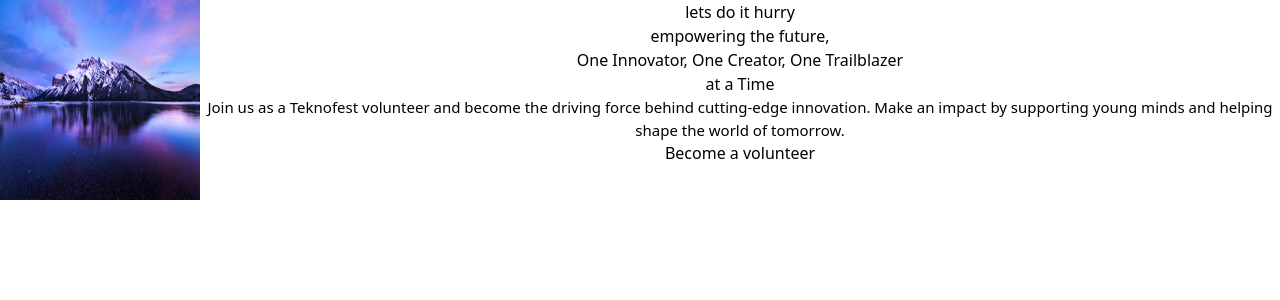
Repository: ManaheelJamil/TechnoFest-competetion
Page: /
The author's editor kept a copy of each file at every save. The page is drawn from the files as they stood at one save, then again after the next save.
The browser window is 1280 px wide. The pictures show the whole page.
The project was rebuilt for these pictures with package versions that can differ from the ones it lists, and the page was loaded fresh each time. The framework's server and built-in components were replaced by stand-ins that run in the browser. Also part of the build but not shown: next.config.mjs.

Above is the page before, as saved 2024-10-13 12:28:59.

### app/layout.js
import localFont from "next/font/local";
import "./globals.css";
const geistSans = localFont({
  src: "./fonts/GeistVF.woff",
  variable: "--font-geist-sans",
  weight: "100 900",
});
const geistMono = localFont({
  src: "./fonts/GeistMonoVF.woff",
  variable: "--font-geist-mono",
  weight: "100 900",
});

export const metadata = {
  title: "Create Next App",
  description: "Generated by create next app",
};

export default function RootLayout({ children }) {
  return (
    <html lang="en">
      <body
        className={`${geistSans.variable} ${geistMono.variable} antialiased`}
      >

        {children}

      </body>
    </html>
  );
}

### app/page.js
import Irtizatask from "./compoenent/irtizatask";
export default function Home() {
  return (
    <div>
      <Irtizatask/>
    </div>
  );
}

### app/compoenent/irtizatask.js
import React from 'react'

const Irtizatask = () => {
  return (
    <div className='flex justify-center  w-full h-100vh ' >
        <img className='h-[200px] w-[200px]' src='./taskimage.jpg' />
        <div className='flex flex-col justify-items-center   text-center'  >
        <p className=''>
            lets do it hurry
        </p>
        <p>
            empowering the future,
            <p>
            One Innovator, One Creator, One Trailblazer
            </p>
            at a Time
        </p>

            <p className='text-[15px]'>
            Join us as a Teknofest volunteer and become the driving force behind cutting-edge innovation. Make an impact by supporting young minds and helping shape the world of tomorrow.
            </p>
            <button>
                Become a volunteer
            </button>
            </div>

    </div>
  )
}

export default Irtizatask

Loaded but not shown: app/globals.css (common file); tailwind.config.js (common file)

After the next save:
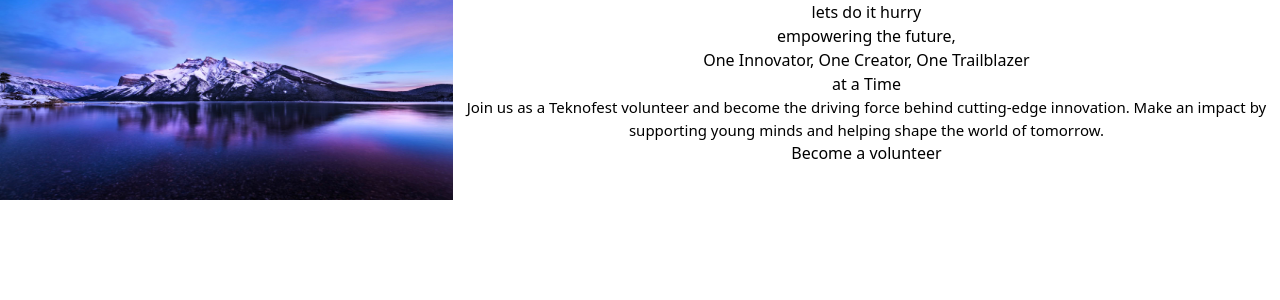
Saved 25 s later.
--- a/app/compoenent/irtizatask.js
+++ b/app/compoenent/irtizatask.js
@@ -3,7 +3,7 @@
 const Irtizatask = () => {
   return (
     <div className='flex justify-center  w-full h-100vh ' >
-        <img className='h-[200px] w-[200px]' src='./taskimage.jpg' />
+        <img className='h-[200px] w-[700px]' src='./taskimage.jpg' />
         <div className='flex flex-col justify-items-center   text-center'  >
         <p className=''>
             lets do it hurry
